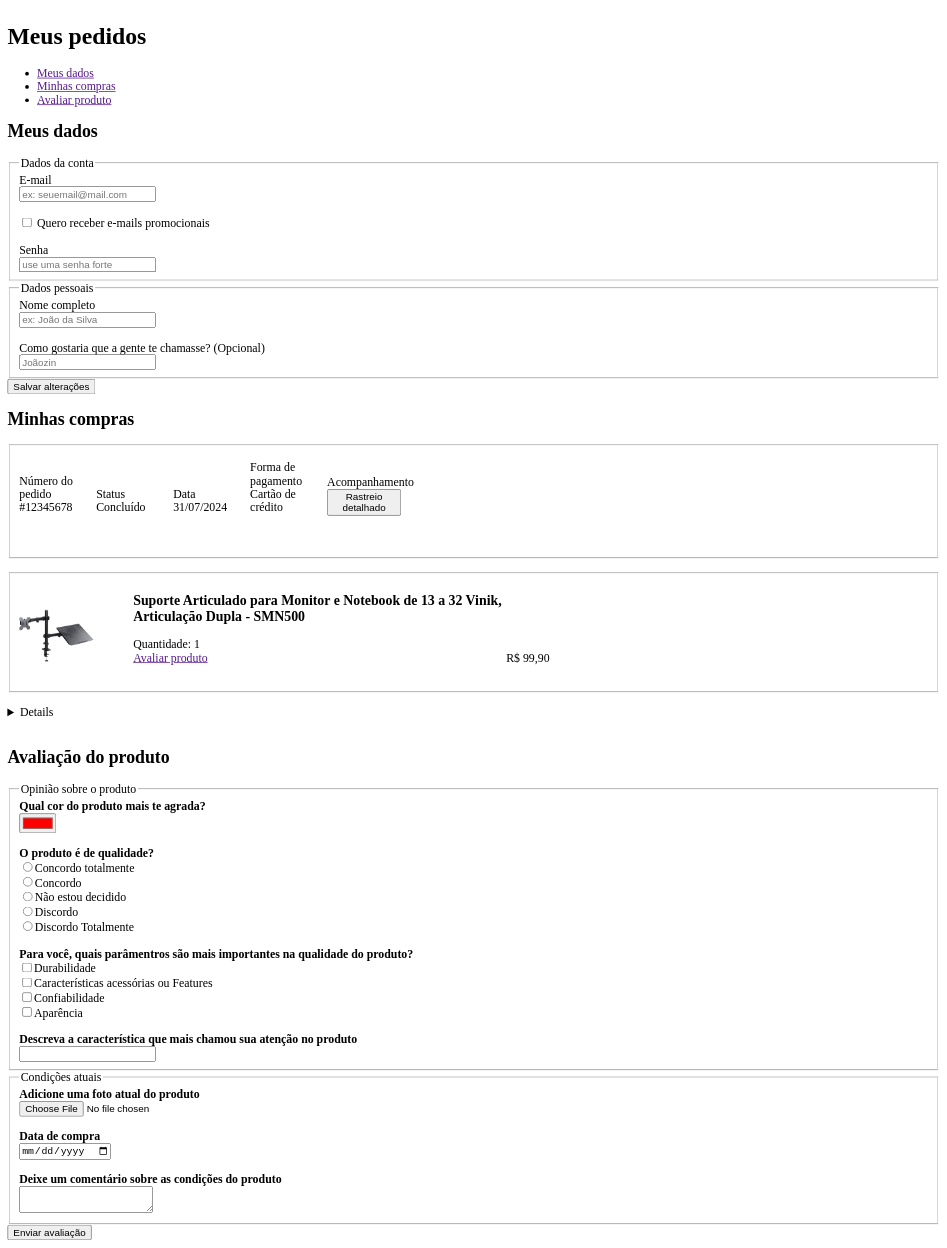
Repository: claudemir-camargo/site-compras
Page: index.html
An editor plug-in stored every save of this project. The page is shown before and after the next save, followed by the edit.
The browser window is 1280 px wide. The pictures show the whole page, at 74% of full size.

Above is the page before, as saved 2024-03-04 00:14:06.

After the next save:
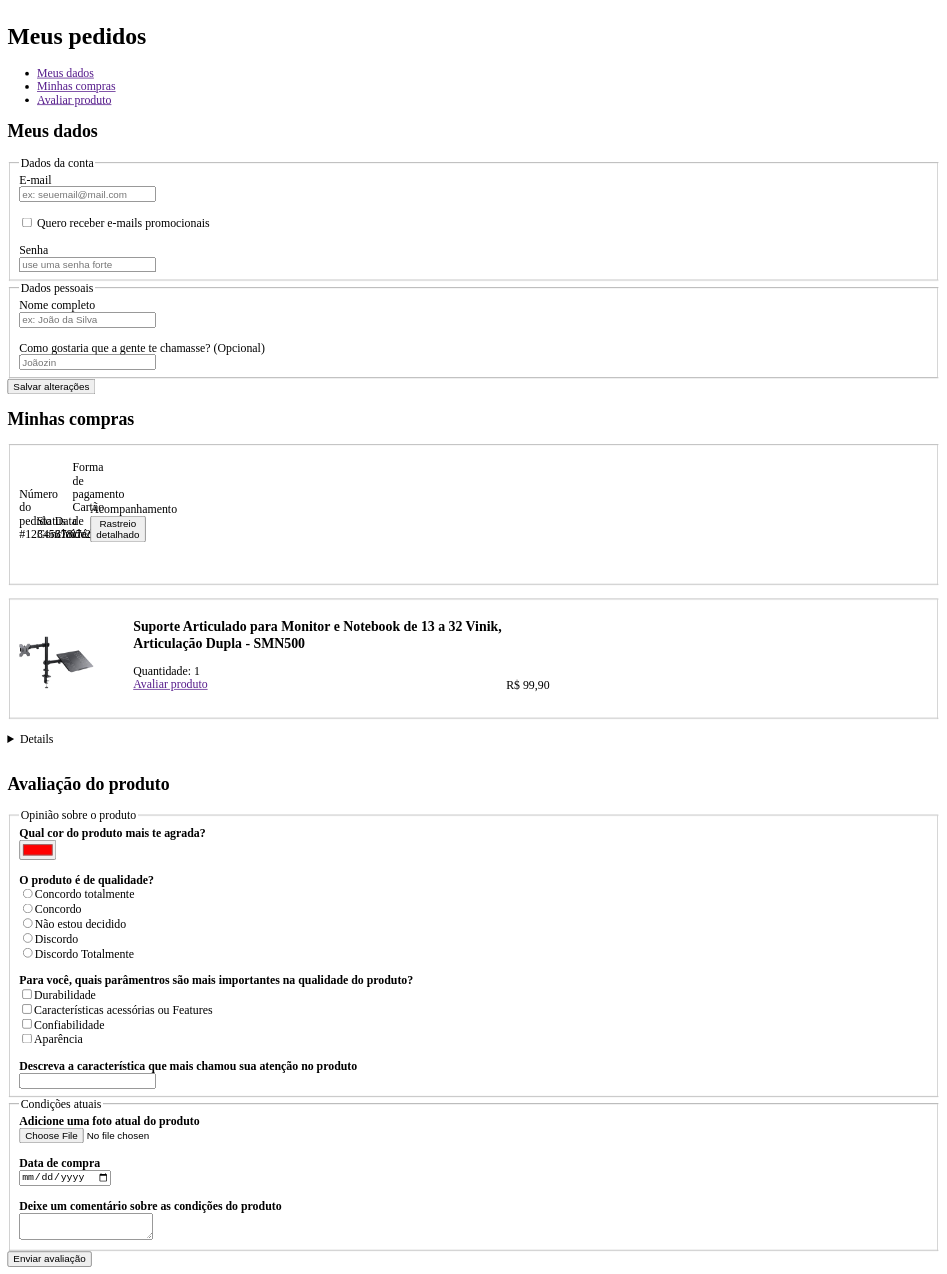
Saved 44 s later.
--- a/css/style.css
+++ b/css/style.css
@@ -9,7 +9,7 @@
 }
 
 #div1, #div2, #div3, #div4, #div5 {
-    width: 100px;
+    width: 20px;
     height: 100px;
     display: inline-block;
 }

After the save that followed:
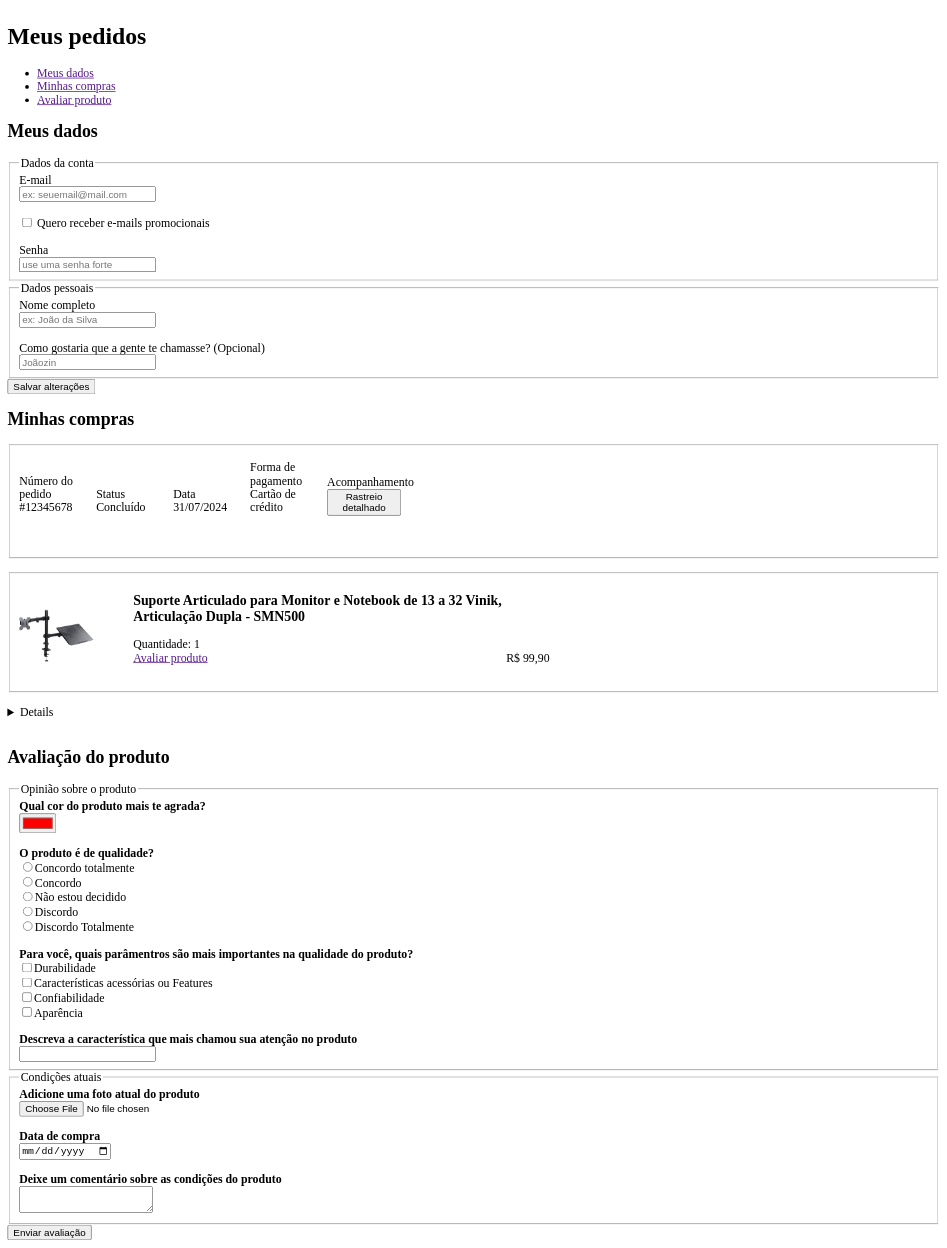
Saved 17 s later.
--- a/css/style.css
+++ b/css/style.css
@@ -9,7 +9,7 @@
 }
 
 #div1, #div2, #div3, #div4, #div5 {
-    width: 20px;
+    width: 100px;
     height: 100px;
     display: inline-block;
 }
